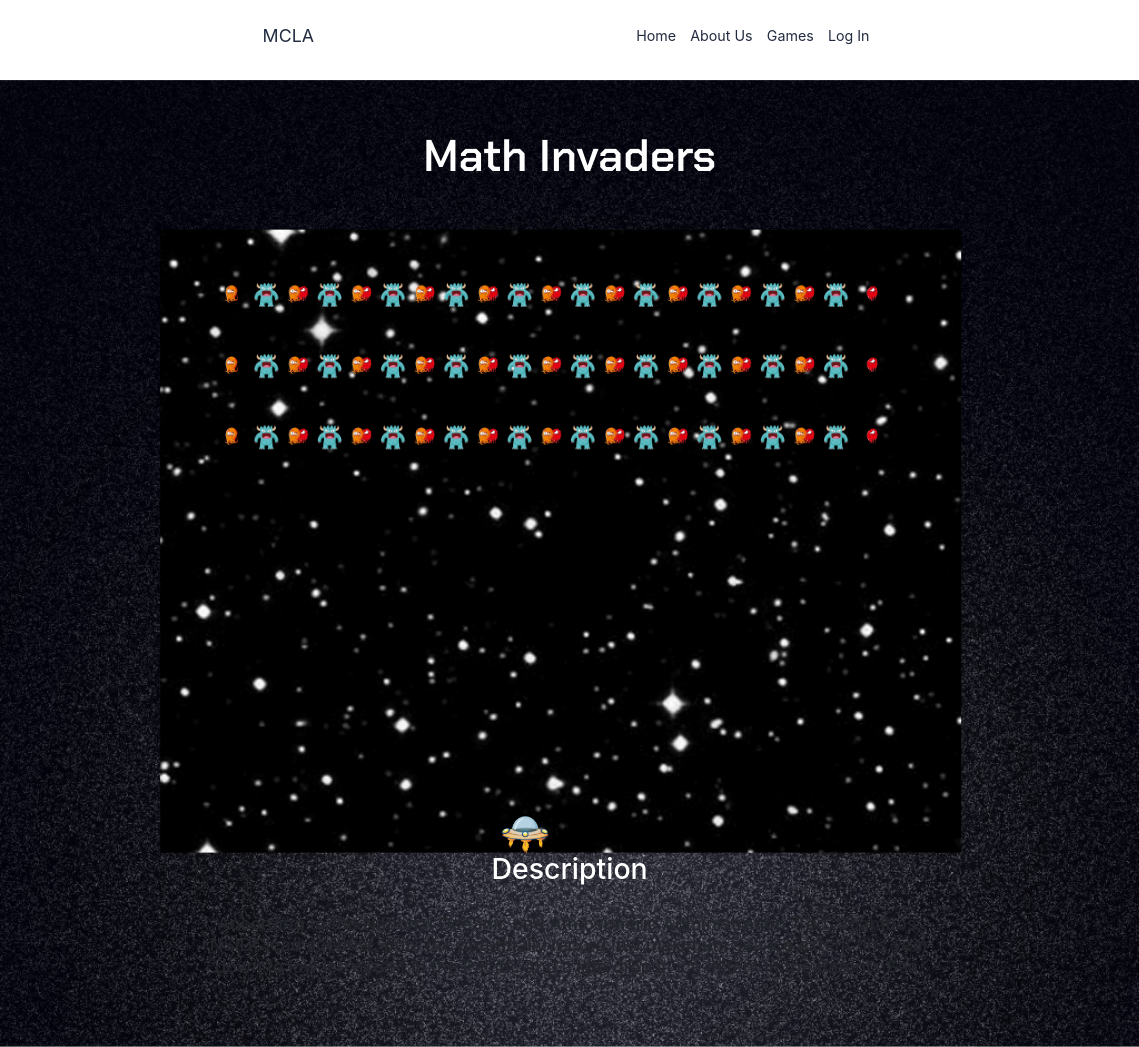
Repository: kkyler24/MathInvader
Page: index.html
These files come from the project's save history. The page is drawn as it stood at one moment and after the next save; the edit follows.
The browser window is 1280 px wide. The pictures show the whole page, at 89% of full size.
Some web libraries are served in a nearby version.

Above is the page before, as saved 2020-07-20 18:34:23.
Console error: TypeError: Cannot read properties of undefined (reading 'style')

After the next save:
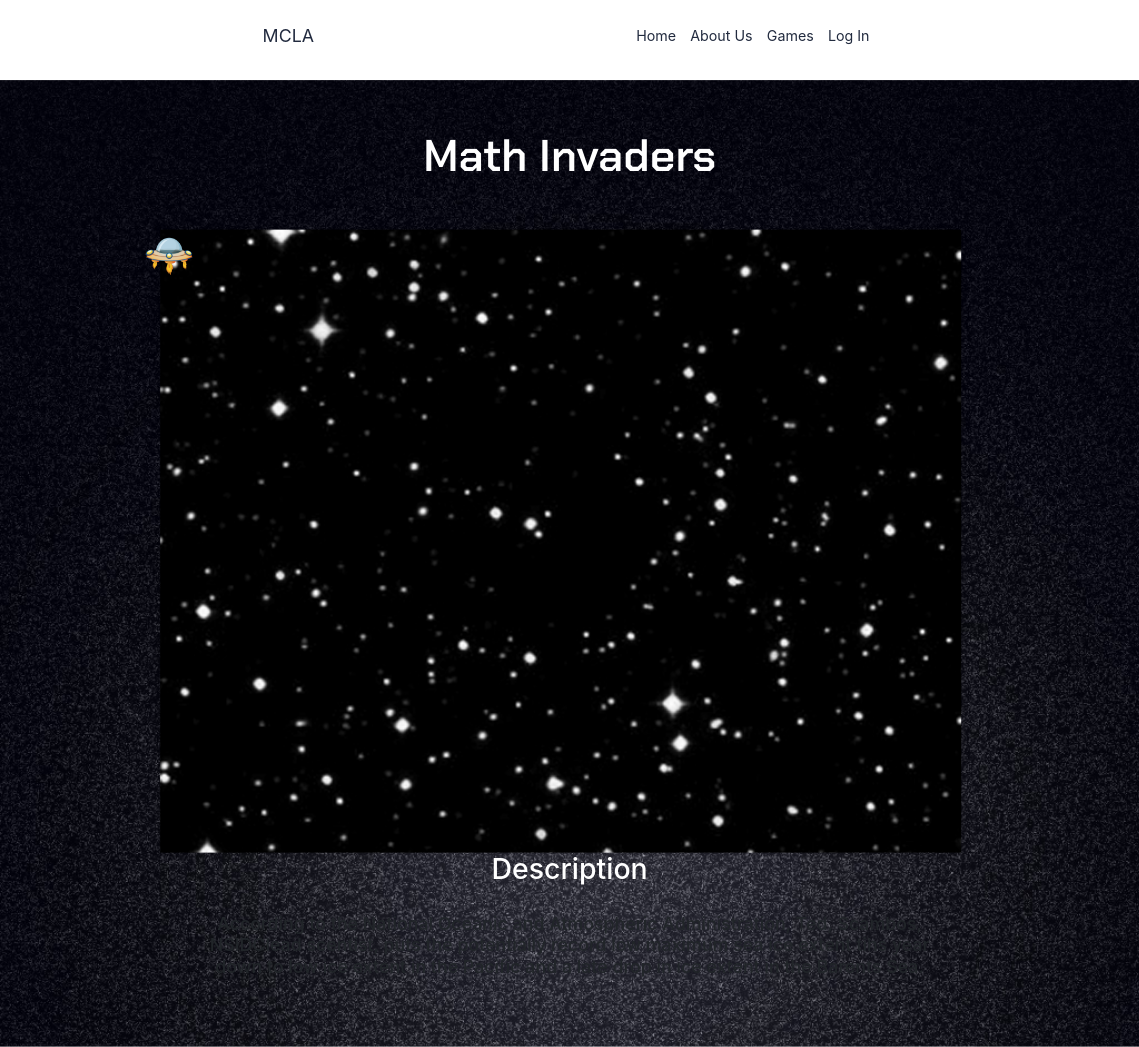
Console error: ReferenceError: setPosition is not defined
Saved 100 s later.
--- a/jsFolder/game.js
+++ b/jsFolder/game.js
@@ -39,9 +39,9 @@
   );
 }
 
-function setPosition(el, x, y) {
-  el.style.transform = `translate(${x}px, ${y}px)`;
-}
+// function setPosition(el, x, y) {
+//   el.style.transform = `translate(${x}px, ${y}px)`;
+// }
 
 function clamp(v, min, max) {
   if (v < min) {

After the save that followed:
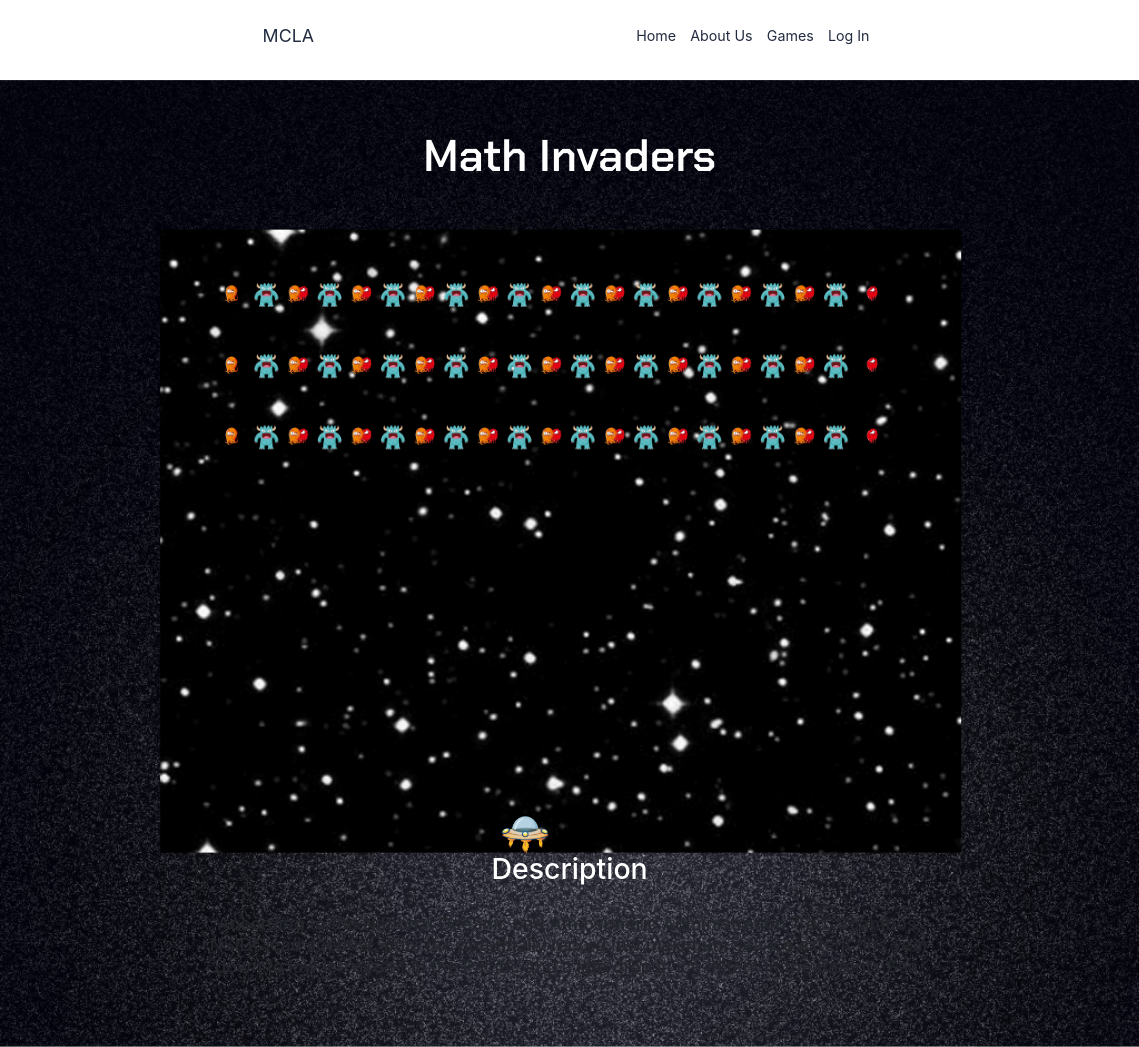
Console error: TypeError: Cannot read properties of undefined (reading 'style')
Saved 19 s later.
--- a/jsFolder/game.js
+++ b/jsFolder/game.js
@@ -39,9 +39,9 @@
   );
 }
 
-// function setPosition(el, x, y) {
-//   el.style.transform = `translate(${x}px, ${y}px)`;
-// }
+function setPosition(el, x, y) {
+  el.style.transform = `translate(${x}px, ${y}px)`;
+}
 
 function clamp(v, min, max) {
   if (v < min) {
